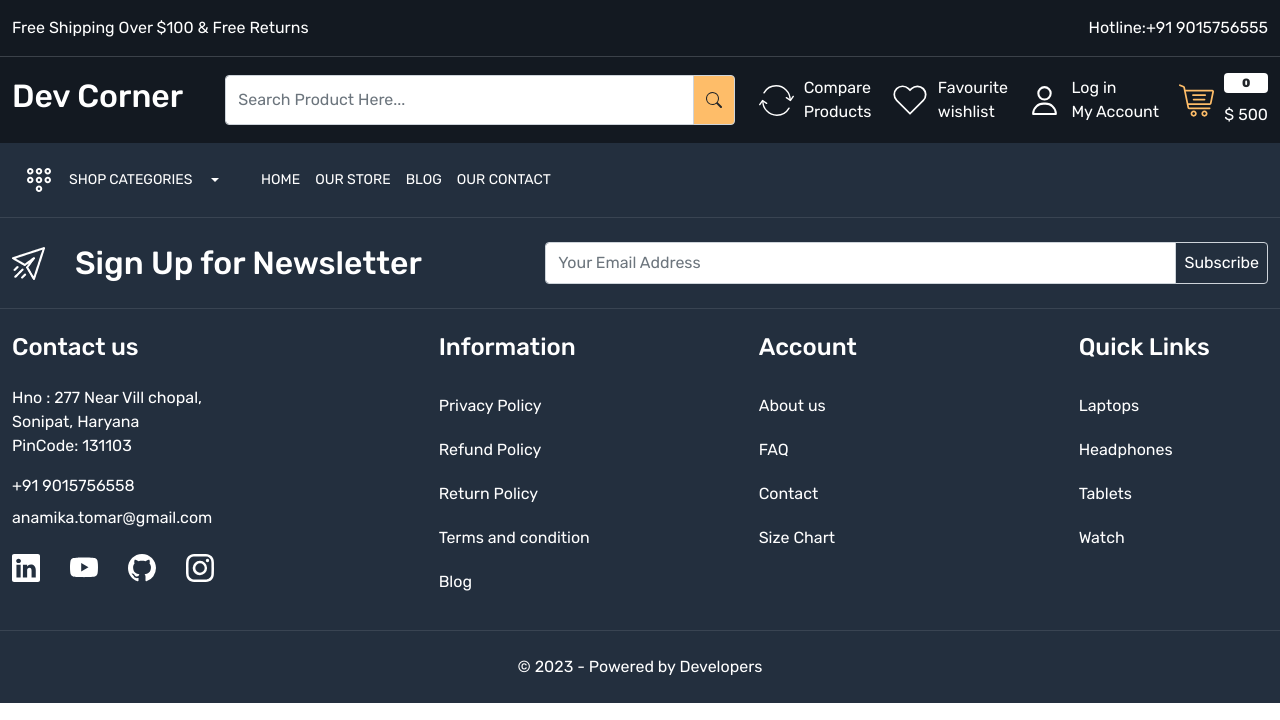
Repository: anamikatomar21/demo
Page: /
An editor plug-in stored every save of this project. The page is shown before and after the next save, followed by the edit.
The browser window is 1280 px wide. The pictures show the whole page.
The project was rebuilt for these pictures with package versions that can differ from the ones it lists, and the page was loaded fresh each time. Also part of the build but not shown: src/pages/About.js, src/pages/Contact.js.

Above is the page before, as saved 2023-05-14 18:52:32.

After the next save:
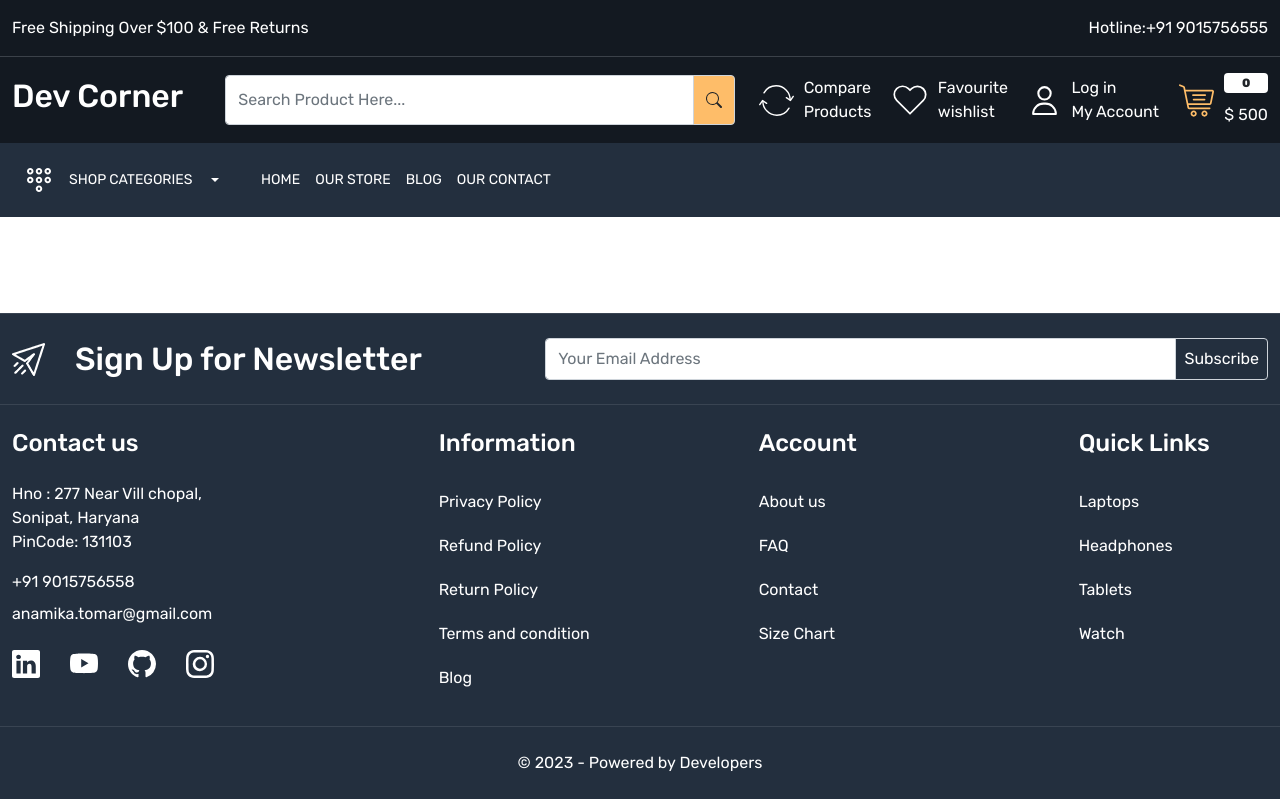
Saved 4 s later.
--- a/src/pages/Home.js
+++ b/src/pages/Home.js
@@ -3,7 +3,7 @@
 const Home = () => {
   return (
     <>
-      <section className="home-wrapper-1 py1">
+      <section className="home-wrapper-1 py-5">
         <div className="container-xxl">
           <div className="row">
             <div className="col-4"></div>
